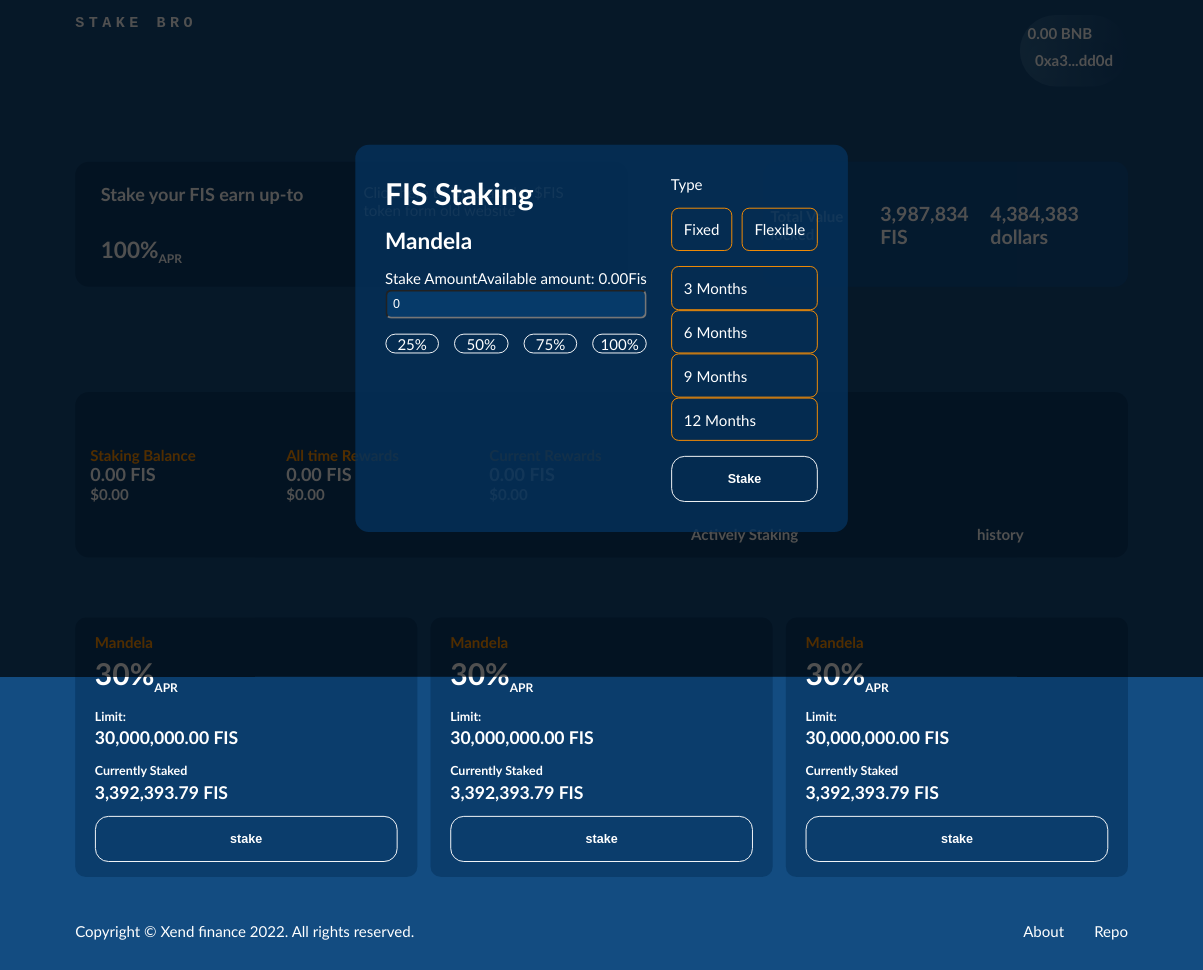
Repository: NorVirae/Stake
Page: /, after clicking the first element matching `button.stake-button`
An editor plug-in stored every save of this project. The page is shown before and after the next save, followed by the edit.
The browser window is 1280 px wide. The pictures show the whole page, at 94% of full size.
The project was rebuilt for these pictures with package versions that can differ from the ones it lists, and the page was loaded fresh each time.

Above is the page before, as saved 2022-04-18 19:37:05.

### src/App.tsx
import React, { useState } from 'react';
import AccountInfoCard from './components/cards/account-info-card';
import AprCard from './components/cards/apr-card';
import StakeModal from './components/modals/stake-modal';
import './styles/app.css'

function App() {
  const [isWalletConnected, setIsWalletConnected] = useState(false)
  const [showModal, setShowModal] = useState(false)

  return (
    <div className="stake-container">

      {showModal && <StakeModal showModal={showModal} setShowModal={setShowModal}/>}
      <header>
        <nav>
            <a href='logo' className='logo'>Stake Bro</a>
            <ul>
              {
                isWalletConnected?
                  <li className='connect-wallet-btn'>Connect Wallet</li>:
                  <li className='connect-wallet-btn'>0.00 BNB
                    <li className='connect-wallet-btn'>0xa3...dd0d</li>
                </li>
                }

            </ul>
        </nav>
      </header>



      <main>
        <section className='info-global'>
          <div className='info-main'>
            <div className='inner-container-left'>
              <h1 className='earn-text'> Stake your FIS earn up-to</h1>
              <h1>100%<sub className='sub'>APR</sub></h1>

            </div>

            <div className='inner-container-right'>
              <p>Click here to Un-stake 'ur $FIS token form old website</p>
              {/* <span>{"=>"}</span> */}
            </div>
          </div>

          <div className='public-stake-info'>
            <h3 className='total-locked'>Total Value locked</h3>
            <h1 className='total-locked-token'>3,987,834 FIS</h1>
            <h2 className='total-locked-dollars'>4,384,383 dollars</h2>

          </div>

        </section>

        <section className='connection-info'>
          {
          isWalletConnected?
          <div className={'connection-container-user'}>
            <div className='connection-info-text'>No Wallet connected</div>
            <div> Connect wallet to see your balance</div>
          </div>
          :
          <>
          <div className='user-stake-info-container'>
            <AccountInfoCard title='Staking Balance' token='0.00' dollarEquiv='0.00'/>

            <AccountInfoCard title='All time Rewards' token='0.00' dollarEquiv='0.00'/>


            <AccountInfoCard title='Current Rewards' token='0.00' dollarEquiv='0.00'/>


          </div>

          <div className='info-redirect'>
            <h1>Actively Staking </h1>
            <h1>history </h1>

          </div>

          </>
          }
        </section>

        <section className='reward'>
          <AprCard stakeAction={setShowModal}/>
          <AprCard stakeAction={setShowModal}/>
          <AprCard stakeAction={setShowModal}/>
        </section>

      </main>

      <footer>
        <div className='copyright-info'>
          Copyright &copy; Xend finance 2022. All rights reserved.
        </div>
        <ul>
          <li>About</li>
          <li>Repo</li>

        </ul>
      </footer>

    </div>
  );
}

export default App;

### src/components/cards/account-info-card.tsx
import React from 'react';

interface StakeInfoParams {
    title:string,
    token:string,
    dollarEquiv:string
}

const AccountInfoCard:React.FC<StakeInfoParams> = ({title, token, dollarEquiv}) => {
    return <div className='user-stake-info'>
                <h2 className='staking-balance'>{title}</h2>
                <h1 className='token-balance-fis'>{token} FIS</h1>
                <h2 className='token-balance-dollars'>${dollarEquiv}</h2>
            </div>
}

export default AccountInfoCard;

### src/components/cards/apr-card.tsx
import React, { useState } from "react";

interface AprCardInterface{
    stakeAction:any
}

const AprCard:React.FC<AprCardInterface> = ({stakeAction})=>{
    const [isWalletConnected, setIsWalletConnected] = useState(false)
    return <div className='apr-card'>
                <div className='mandela-container'>
                    <h4 className="mandela">Mandela</h4>
                    <h1 className="apr-announce">30%<sub className="sub">APR</sub></h1>
                </div>


                <div className='limit-container'>
                    <h5>Limit:</h5>
                    <h3>30,000,000.00 FIS</h3>
                </div>

                <div className='current-container'>
                    <h5>Currently Staked</h5>
                    <h3>3,392,393.79 FIS</h3>
                </div>

                {isWalletConnected?<button className="stake-button">No wallet connected</button>:
                <button onClick = {e=>stakeAction(true)}
                className="stake-button">stake</button>}

        </div>
}

export default AprCard;

### src/components/modals/stake-modal.tsx
import React, { useState } from 'react';


interface StakeModalInterface{
    setShowModal?:any,
    showModal:boolean
}

const StakeModal:React.FC<StakeModalInterface> = ({setShowModal, showModal}) => {

    const [amountToStake, setAmountToStake] = useState(0)
    return <div onClick={e=>setShowModal(false)} className='stake-modal-container'>

                <div onClick={e=>null} className='stake-modal'>
                    <div className='stake-inner-left'>
                        <h1>FIS Staking</h1>

                        <h2> Mandela</h2>

                        <form>
                            <fieldset className='form-group'>

                                <label className='form-label'><span>Stake Amount </span> <span>Available amount: 0.00Fis</span></label>
                                <input value={amountToStake} className='form-input'/>

                            </fieldset>
                        </form>

                        <div className='percentage-container'>

                            <div className='btn-percentage'>
                                25%

                            </div>

                            <div className='btn-percentage'>
                                50%

                            </div>

                            <div className='btn-percentage'>
                                75%

                            </div>

                            <div className='btn-percentage'>
                                100%

                            </div>
                        </div>

                        <div className='stake-type'>

                        </div>

                    </div>

                    <div className='stake-inner-right'>

                        <div className='type-title'>Type</div>
                        <div className='type-btn-container'>
                            <div className='btn-type'>
                                    Fixed
                            </div>

                            <div className='btn-type'>
                                    Flexible
                            </div>
                        </div>

                        <div className='duration-container'>
                            <div className='duration-btn'>
                                3 Months
                            </div>

                            <div className='duration-btn'>
                                6 Months
                            </div>


                            <div className='duration-btn'>
                                9 Months
                            </div>

                            <div className='duration-btn'>
                                12 Months
                            </div>

                        </div>

                        <button className='stake-button'>Stake</button>
                    </div>

                </div>

            </div>


}
export default StakeModal;

### src/styles/app.css
*{
    padding: 0;
    margin: 0;

}

::-webkit-scrollbar{
    background-color: #134C81;
    width: .4rem;
}

::-webkit-scrollbar-thumb{
    background-color: #0c5ba5;
}

img {
    width: 100%;
}

li {
    list-style-type: none;
}

body{
    background-color: #134C81;
    color: #ffff;
    font-family:'Trebuchet MS', 'Lucida Sans Unicode', 'Lucida Grande', 'Lucida Sans', Arial, sans-serif;
}
.stake-container {
    max-width: 70rem;
    margin:auto;
    display: flex;
    flex-direction: column;
    gap: 1rem;
}


nav {
    display:  flex;
    justify-content: space-between;
    padding: 1rem 0;
    position: sticky;
    top:0;
}

main {
    display: flex;
    flex-direction: column;
    gap:4rem;
}
.logo {
    text-decoration: none;
    font-family: 'Courier New', Courier, monospace;
    font-weight: 900;
    color: #ffff;
    letter-spacing: .3rem;
    text-transform: uppercase;
}

.connect-wallet-btn{
    padding: .6rem .5rem;
    background-image: linear-gradient(to right, #2d6797, #134C81  );
    font-weight: bold;
    border-radius: 3rem;
    transition: background-image .5s ease-in-out;
}

.connect-wallet-btn:hover{
    background-image: linear-gradient(to right, #134C81, #2d6797 );
    cursor: pointer;
    color: rgb(225, 225, 235);

}

.info-global{
    display: flex;
    justify-content: space-between;
    padding: 3rem 0;
    gap: 9rem;
}

.info-main{
    display: flex;
    background-color: #05315a88;
    border-radius: .9rem;
    padding: .5rem .9rem;

}

.inner-container-left, .inner-container-right{

    width: 100%;
    padding: .9rem .8rem;
    border-radius: .9rem;
    display: flex;
    flex-direction: column;
    gap:2rem
}



.earn-text {
    font-size: 1.2rem;
}

.sub{
    font-size: .8rem;
}

.public-stake-info {
    display: flex;
    justify-content: center;
    align-items: center;
    border-radius: .9rem;
    padding: .5rem;
    gap: .4rem;

    background-color: #0c5ba588;

}


.total-locked{
    font-size: 1rem;

}

.total-locked-token{
    font-size: 1.3rem;
}

.total-locked-dollars {
    font-size: 1.3rem;
}


.connection-info{
    display: flex;
    background-color: #05315a88;
    border-radius: .9rem;
    justify-content: center;
    align-items: center;
    height: 20vh;
    padding: 1rem 1rem;

}

.connection-info-text {
    font-size: 1.2rem;
    text-transform: uppercase;
}

.user-stake-info-container{
    display: flex;
    justify-content: space-between;
    width: 100%;
}

.staking-balance{
    font-size: 1rem;
    color: #FF9100;;
}

.token-balance-fis{
    font-size: 1.2rem;
}

.token-balance-dollars{
    font-size: 1rem;
}

.info-redirect{
    width: 100%;
    height: 100%;
    display: flex;
    justify-content: flex-end;
    align-items: flex-end;
    justify-content: space-around;
}

.info-redirect h1 {
    font-size: 1rem;
}

.connection-container-user{
    display: flex;
    flex-direction: column;
    justify-content: center;
    align-items: center;
}


.reward{
    display: flex;
    justify-content: space-between;
    gap: .9rem;
}

.apr-card{
    background-color: #05315a88;
    padding: 1rem 1.3rem;
    border-radius: .7rem;
    display: flex;
    flex-direction: column;
    justify-content: space-around;
    flex: 1;
    gap: .9rem;
}

.mandela-container{
    display: flex;
    flex-direction: column;
    justify-content: space-between;
    gap:.3rem;
}

.mandela{
    font-size: 1rem;
    color: #FF9100;

}

.apr-announce{
    font-size: 2rem;
}

.limit-container{
    display: flex;
    flex-direction: column;
    justify-content: space-between;
    gap:.3rem;
}

.current-container{
    display: flex;
    flex-direction: column;
    justify-content: space-between;
    gap:.3rem;
}

.stake-button{
    border-radius: .9rem;
    border: .1px solid white;
    background-color: transparent;
    padding: 1rem .6rem;
    color: #fff;
    font-weight: bold;
    transition: color .4s ease-in-out, border .4s ease-in-out;

}

.stake-button:hover{
    cursor: pointer;
    color: #FF9100;
    border: .1px solid #FF9100;

}

footer{
    display: flex;
    justify-content: space-between;
    padding: 2rem 0;

}
.copyright-info{
    display: flex;
}

footer ul{
    display: flex;
    gap: 2rem;
}


/* Stake Modal */
.stake-modal-container{
    z-index: 9;
    background-color: rgba(0, 0, 0, 0.685);
    position: fixed;
    width: 100vw;
    height: 100vh;
    top: 0%;
    left: 0%;
    display: flex;
    justify-content: center;
    align-items: center;

}

.stake-modal-container:hover{
    cursor: pointer;
}

.stake-modal{
    display: flex;
    background-color: #05315ad2;
    padding: 2rem;
    border-radius: .9rem;
    gap: .6rem;
    z-index: 8;
}

.stake-modal:hover{
    border: .2rem solid #05315ad2;
}

.stake-inner-left{
    display: flex;
    flex-direction: column;
    padding-right: 1rem;
    gap: 1rem;
}

.form-group{
    display: flex;
    flex-direction: column;
    border: none;
    gap: .2rem;

}

.form-label{
    display: flex;
    justify-content: space-between;
}

.form-input {
    border-radius: .4rem;
    padding: .4rem;
    background-color: #0c5ba54b;
    color: #fff;
}

.percentage-container{
    display: flex;
    justify-content: space-between;
    gap: 1rem;
}

.btn-percentage{
    border: .1rem solid #fff;
    border-radius: .9rem;
    flex:1;
    display: flex;
    justify-content: center;
    align-items: center;
    transition: background-color .4s ease-in-out, color .4s ease-in-out;
}

.btn-percentage:hover{
    background-color: #fff;
    color: #0c5ba5;
    cursor: pointer;
}

.stake-inner-right{
    display: flex;
    flex-direction: column;
    gap: 1rem;
}

.type-btn-container{
    display: flex;
    gap: .6rem;

}

.btn-type {
    border: .1px solid #FF9100;
    padding: .8rem;
    border-radius: .5rem;
}

.duration-btn {
    border: .1px solid #FF9100;
    padding: .8rem;
    border-radius: .5rem;
}

.duration-container{
    display: grid;
    grid-template-columns: repeat(2 1fr);
}

Loaded but not shown: public/index.html (common file); src/index.tsx (common file); src/reportWebVitals.ts (common file)

After the next save:
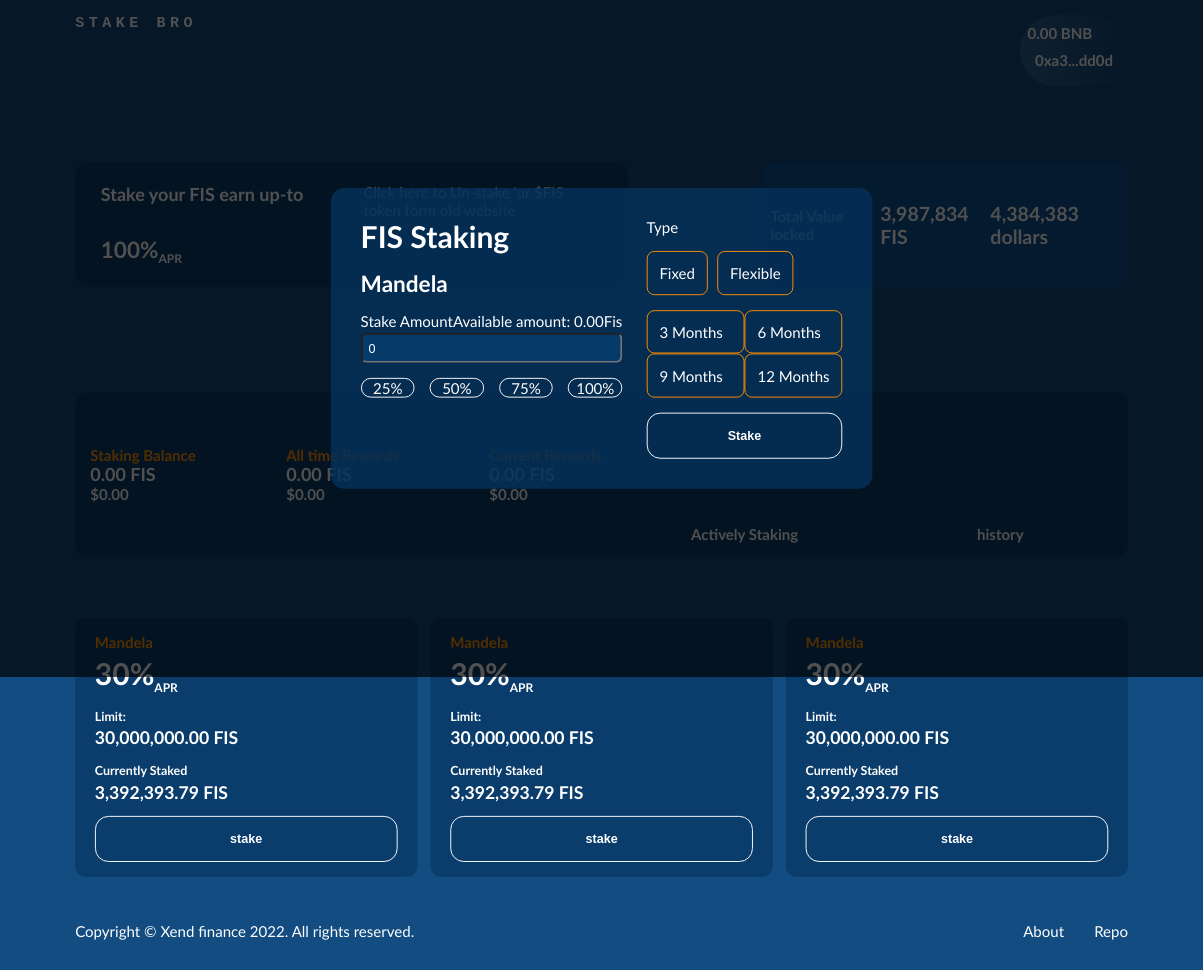
Saved 19 s later.
--- a/src/styles/app.css
+++ b/src/styles/app.css
@@ -379,5 +379,5 @@ footer ul{
 
 .duration-container{
     display: grid;
-    grid-template-columns: repeat(2 1fr);
-}
+    grid-template-columns: repeat(2, 1fr);
+}
